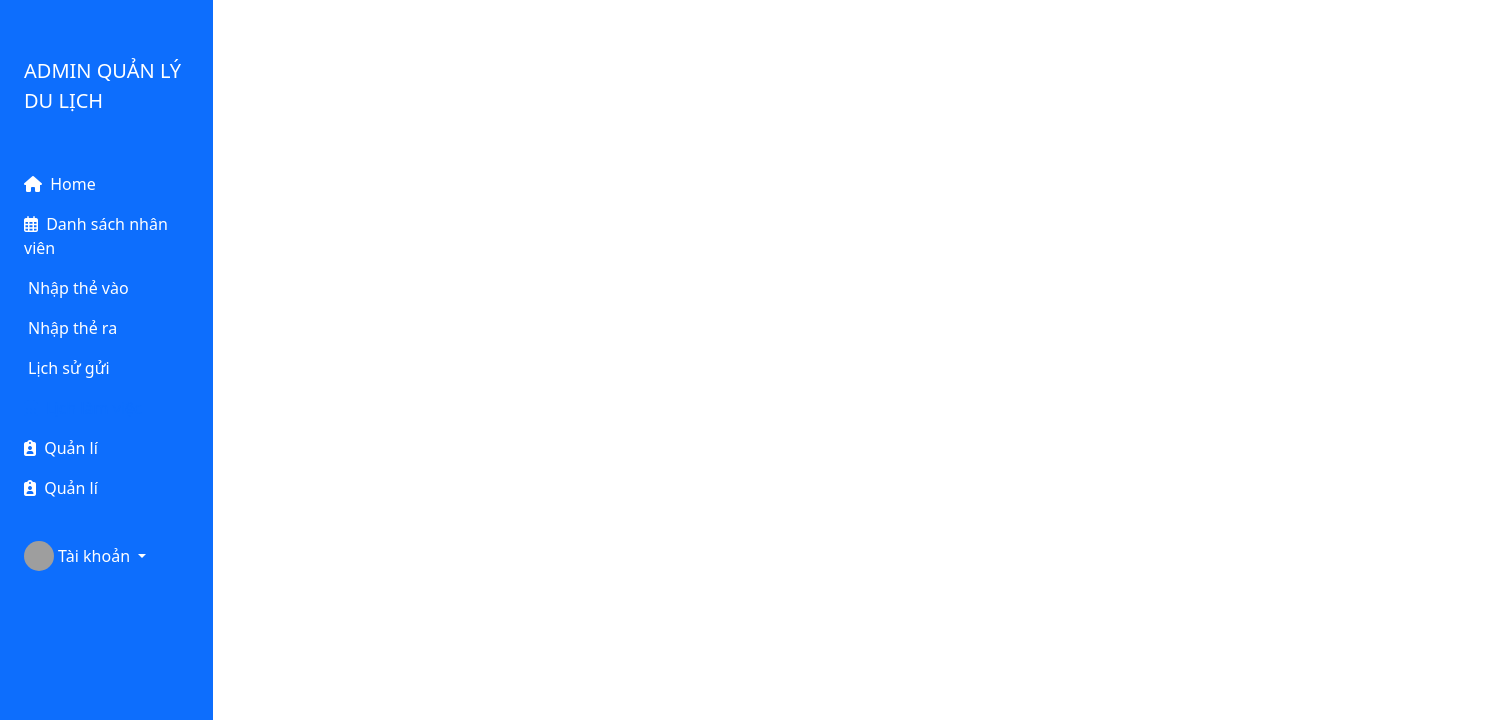
Repository: vantohuu/BOOKINGTOUR
Page: http://localhost/BOOKINGTOUR/WEB-INF/views/admin/admin.jsp
The author's editor kept a copy of each file at every save. The page is drawn from the files as they stood at one save, then again after the next save.
The browser window is 1280 px wide. The page is 1493 px wide, so the pictures cover 1493 px, including what lies to the right of the window. The pictures show the whole page.
Pictures or frames that could not be fetched are drawn as grey boxes. Some web libraries are served in a nearby version. The page is served by Tomcat 9. Nobody is signed in. The template is opened directly, without the code that normally fills it, so the values that code supplies are empty.

Above is the page before, as saved 2023-05-04 13:11:23.

After the next save:
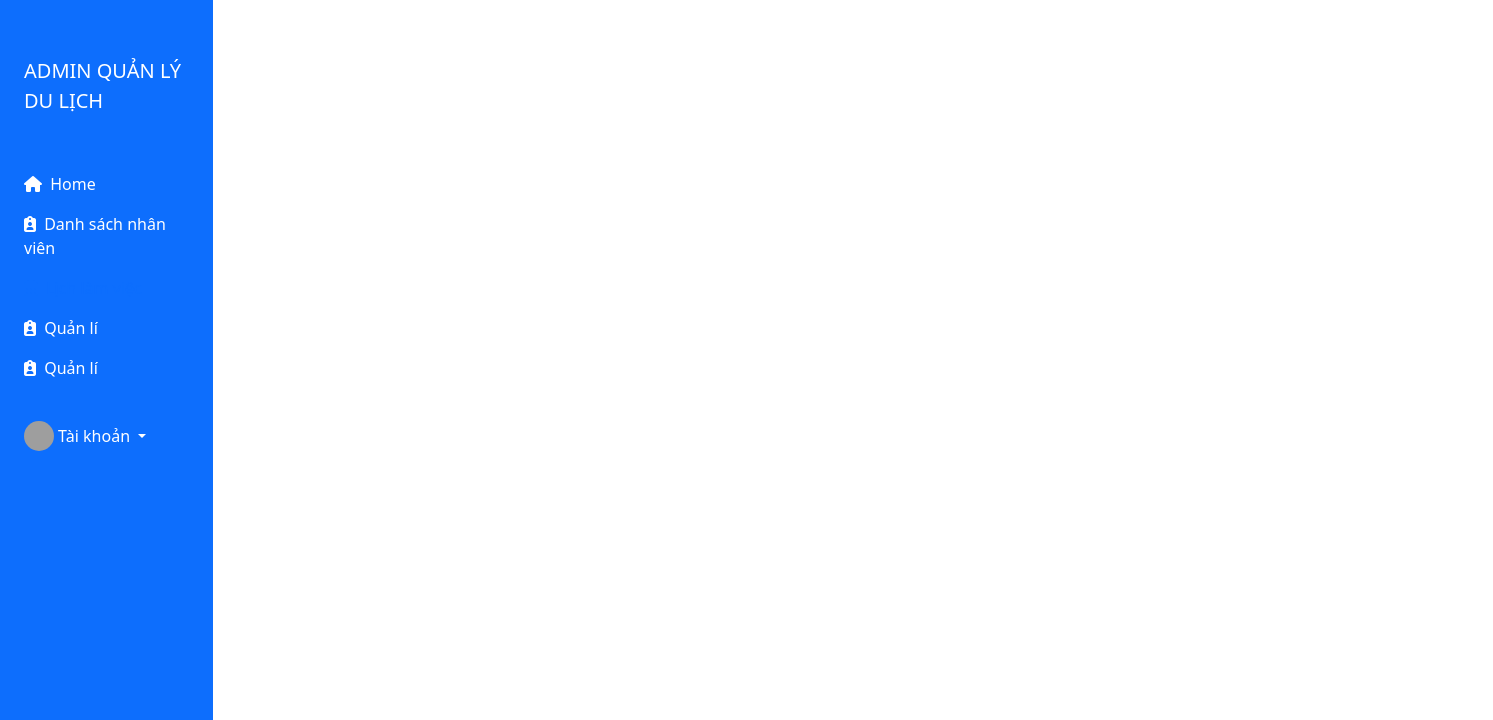
Saved 49 s later.
--- a/BOOKINGTOUR/src/main/webapp/WEB-INF/views/admin/admin.jsp
+++ b/BOOKINGTOUR/src/main/webapp/WEB-INF/views/admin/admin.jsp
@@ -27,19 +27,15 @@
                         </a>
                     </li>
                     <li>
-                        <a href="#submenu1" data-bs-toggle="collapse" class="nav-link px-0 text-white align-middle">
-                             <i class="fa-regular fa-calendar-days"></i>
-                             <span class="ms-1 d-none d-sm-inline">Danh sách nhân viên</span>
-                        </a>
-                        <ul class="collapse  show nav flex-column ms-1" id="submenu1" data-bs-parent="#menu">
+                        <a href="#submenu3" data-bs-toggle="collapse" class="nav-link text-white px-0 align-middle ">
+                            <i class="fa-solid fa-clipboard-user"></i>
+                            <span class="ms-1 d-none d-sm-inline">Danh sách nhân viên</span></a>
+                        <ul class="collapse nav flex-column ms-1" id="submenu3" data-bs-parent="#menu">
                             <li class="w-100">
-                                <a href="thevao.htm" class="nav-link px-0 text-white"> <span class="d-none d-sm-inline">Nhập thẻ vào</span></a>
+                                <a href="doanhthu.htm" class="nav-link text-white px-0"> <span class="d-none d-sm-inline">Doanh thu</span></a>
                             </li>
                             <li>
-                                <a href="thera.htm" class="nav-link px-0 text-white"> <span class="d-none d-sm-inline">Nhập thẻ ra</span></a>
-                            </li>
-                            <li>
-                                <a href="lichsugui.htm" class="nav-link px-0 text-white"> <span class="d-none d-sm-inline">Lịch sử gửi </span></a>
+                                <a href="nhanvien.htm" class="nav-link text-white px-0"> <span class="d-none d-sm-inline">Nhân viên</span></a>
                             </li>
                         </ul>
                     </li>
